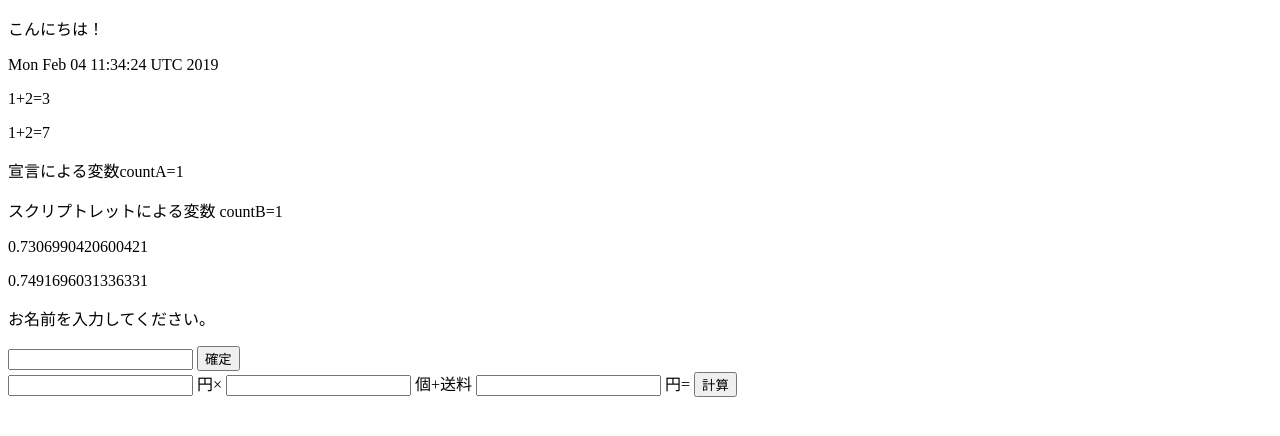
Repository: asian-sea/test
Page: http://localhost/HelloJSP/
These files come from the project's save history. The page is drawn as it stood at one moment and after the next save; the edit follows.
The browser window is 1280 px wide. The pictures show the whole page.
The page is served by Tomcat 9.

Above is the page before, as saved 2019-02-06 11:14:59.

After the next save:
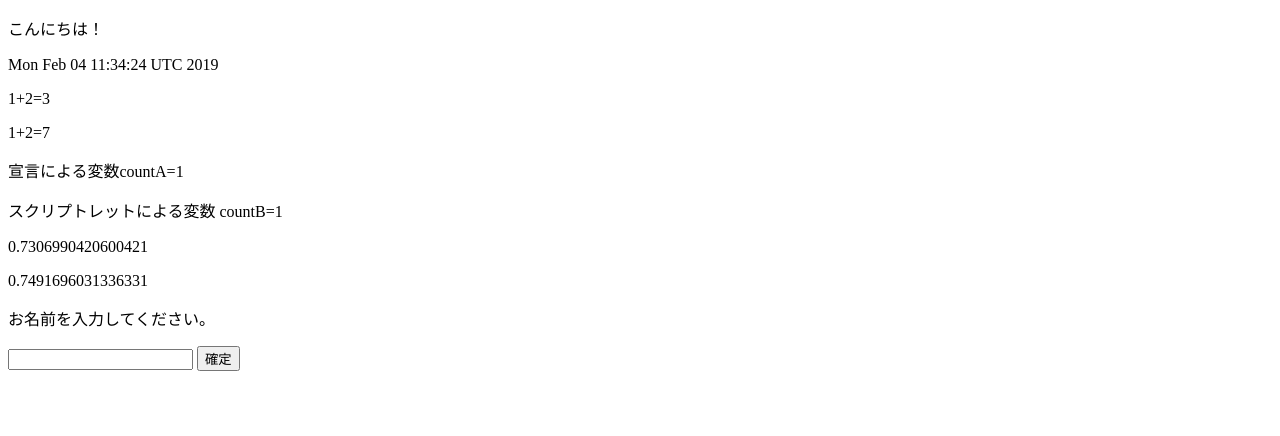
Saved 40 s later.
--- a/HelloJSP/WebContent/index.jsp
+++ b/HelloJSP/WebContent/index.jsp
@@ -38,15 +38,6 @@ countB++;
 <input type="submit" value="確定">
 </form>
 
-<form method="post" action="total-out.jsp">
-<input type ="text" name="price">
-円×
-<input type="text" name="count">
-個+送料
-<input type="text" name="delivery">
-円=
-<input type="submit" value="計算">
-</form>
 
 </body>
 </html>
